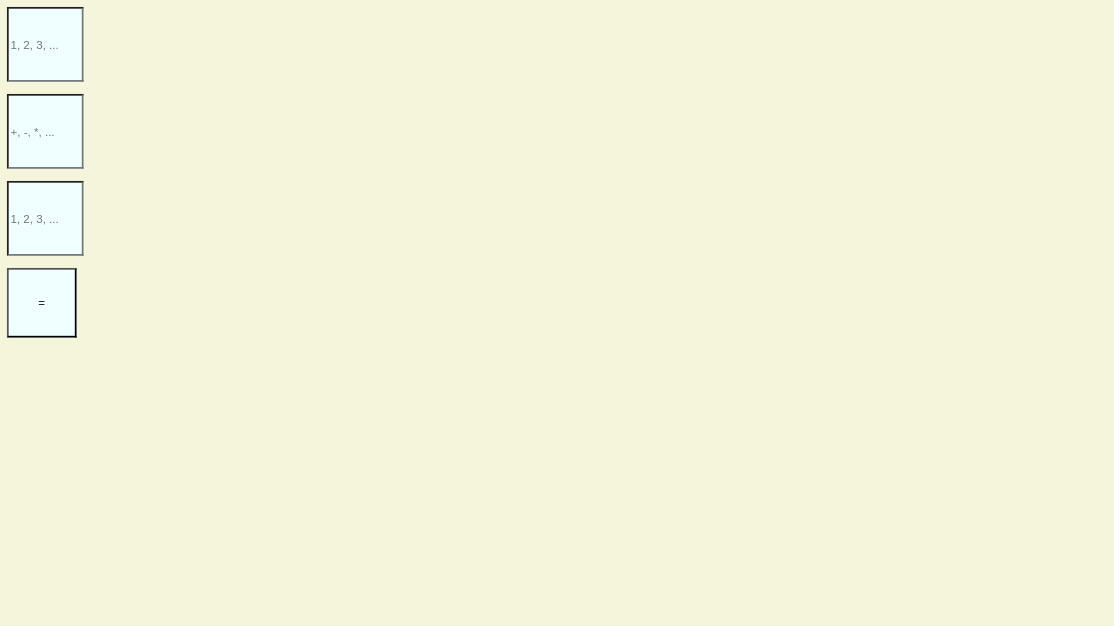
Repository: WesleyErasmus/threeInputCalculator
Page: html/if-calculator.html
An editor plug-in stored every save of this project. The page is shown before and after the next save, followed by the edit.
The browser window is 1280 px wide. The pictures show the whole page, at 87% of full size.

Above is the page before, as saved 2022-04-27 22:03:24.

After the next save:
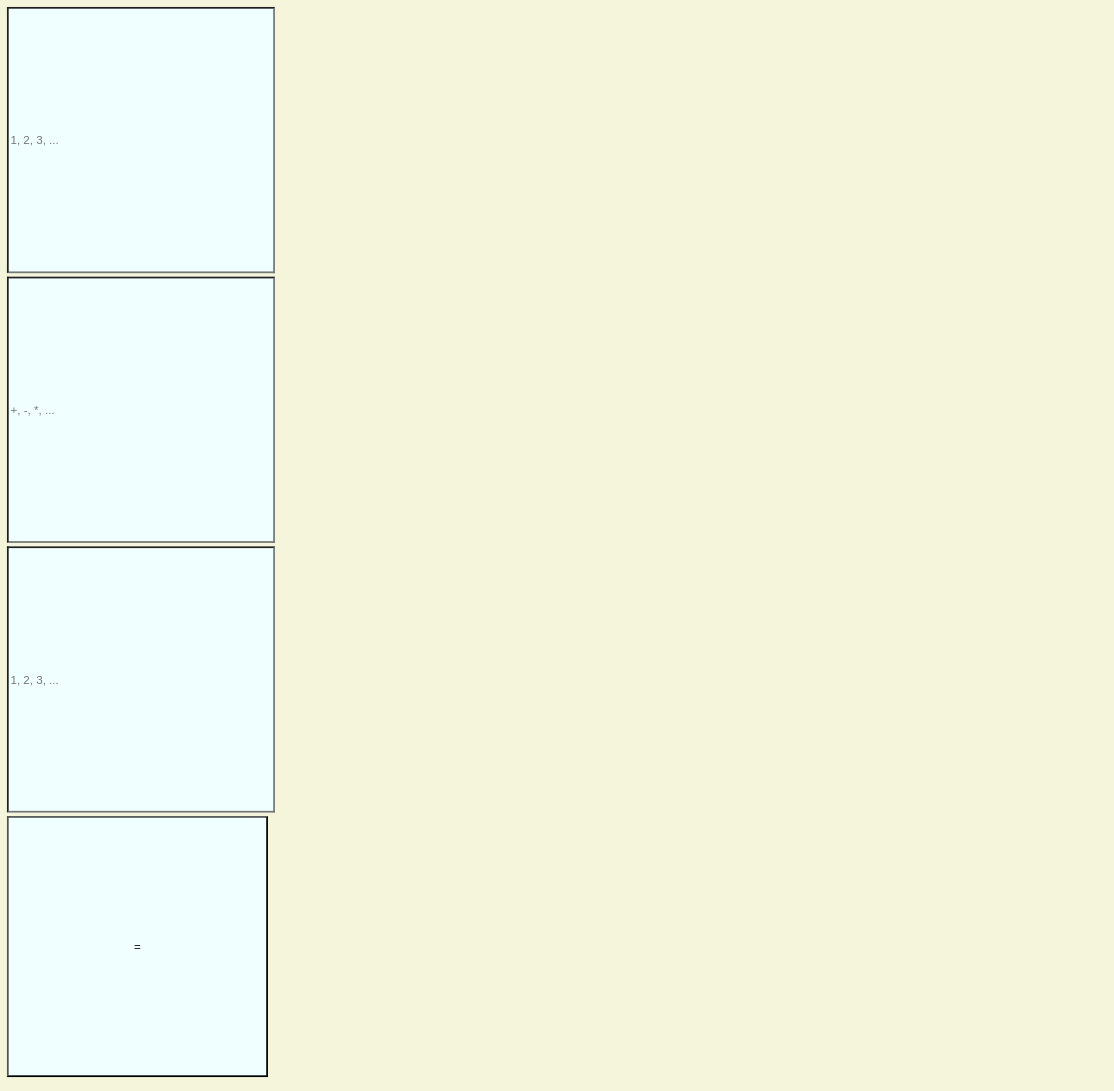
Saved 38 s later.
--- a/css/stylesheet.css
+++ b/css/stylesheet.css
@@ -5,11 +5,11 @@ form {
 
 }
 input, button {
-    width: 80px;
-    height: 80px;
+    width: 300px;
+    height: 300px;
     background-color: azure;
 }
 .inputField {
-    width: 100px;
-    height: 100px;
+    width: 310px;
+    height: 310px;
 }
